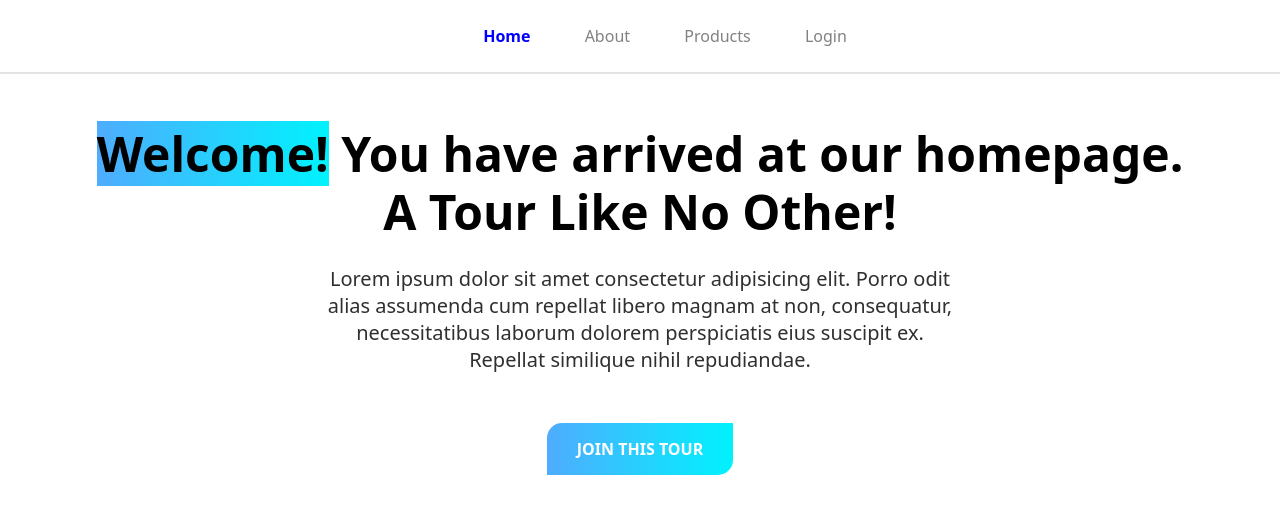
Repository: Yeyolive/WebDev_Collab_2025
Page: Basic_Projects/Basic-Website/index.html
These files come from the project's save history. The page is drawn as it stood at one moment and after the next save; the edit follows.
The browser window is 1280 px wide. The pictures show the whole page.

Above is the page before, as saved 2025-11-02 20:17:21.

### Basic_Projects/Basic-Website/index.html
<!DOCTYPE html>
<html lang="en">
  <head>
    <meta charset="UTF-8" />
    <meta name="viewport" content="width=device-width, initial-scale=1.0" />
    <title>Home</title>
    <link rel="stylesheet" href="styles.css" />
  </head>
  <body>
    <!-- NAVIGATION BAR -->
    <nav>
      <a href="index.html" class="active">Home</a>
      <a href="about.html">About</a>
      <a href="products.html">Products</a>
      <a href="login.html">Login</a>
    </nav>

    <!--Home-->
    <header>
      <h1>
        <span>Welcome!</span> You have arrived at our homepage.<br />
        A Tour Like No Other!
      </h1>
      <p>
        Lorem ipsum dolor sit amet consectetur adipisicing elit. Porro odit
        alias assumenda cum repellat libero magnam at non, consequatur,
        necessitatibus laborum dolorem perspiciatis eius suscipit ex. Repellat
        similique nihil repudiandae. <br />
      </p>
      <a href="login.html" id="cta-button">Join this Tour</a>
    </header>
  </body>
</html>

### Basic_Projects/Basic-Website/styles.css
* {
  margin: 0;
  padding: 0;
}

html {
  text-align: center;
  font-family: system-ui, -apple-system, BlinkMacSystemFont, "Segoe UI", Roboto,
    Oxygen, Ubuntu, Cantarell, "Open Sans", "Helvetica Neue", sans-serif;
}

nav {
  position: fixed;
  top: 0;
  width: 100%;
  padding: 25px;
  border-bottom: 2px solid #e3e3e3;
}

nav a {
  text-decoration: none;
  color: rgb(131, 129, 129);
  margin: 0 25px;
}

nav a:hover {
  color: blue;
  cursor: pointer;
}

nav a.active {
  font-weight: bold;
  color: blue;
}

header {
  padding-top: 125px;
}

header p {
  margin: 25px auto;
  width: 50%;
  font-size: 1.25rem;
  color: rgb(49, 46, 46);
}

h1 {
  font-size: 3rem;
  line-height: 1.2em;
  font-weight: bold;
}

span {
  background: linear-gradient(to right, #4facfe, #00f2fe);
  font-weight: bold;
}

#cta-button {
  text-decoration: none;
  text-transform: uppercase;
  background: linear-gradient(to right, #4facfe, #00f2fe);
  color: white;
  padding: 15px 30px;
  border-top-left-radius: 15px;
  border-bottom-right-radius: 15px;
  display: inline-block;
  margin-top: 25px;
  font-weight: bold;
}

After the next save:
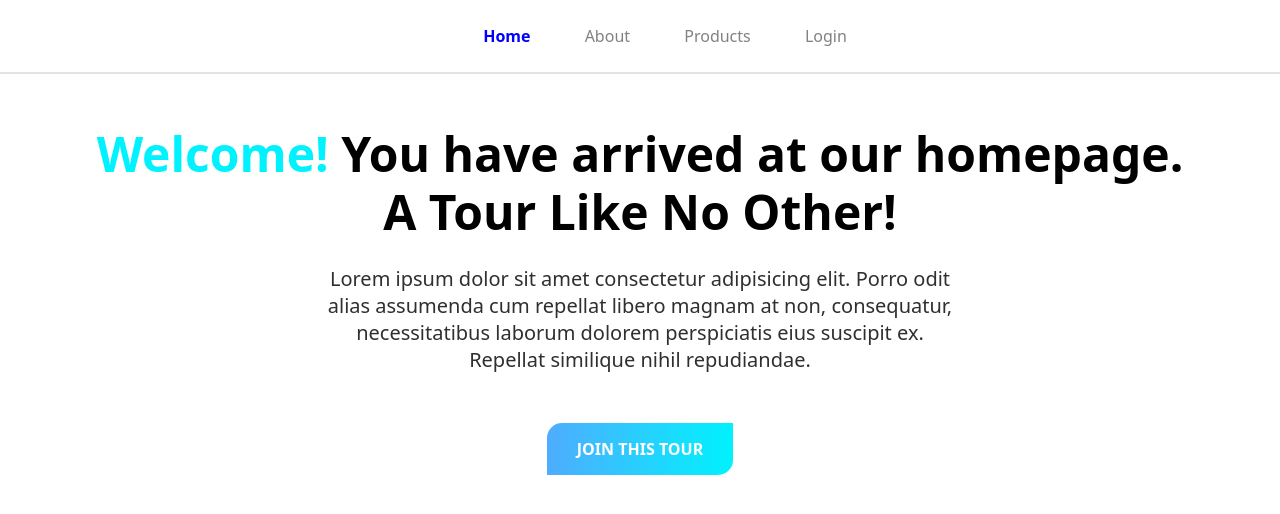
Saved 15 s later.
--- a/Basic_Projects/Basic-Website/styles.css
+++ b/Basic_Projects/Basic-Website/styles.css
@@ -51,7 +51,7 @@ h1 {
 }
 
 span {
-  background: linear-gradient(to right, #4facfe, #00f2fe);
+  color: #00f2fe;
   font-weight: bold;
 }
 
